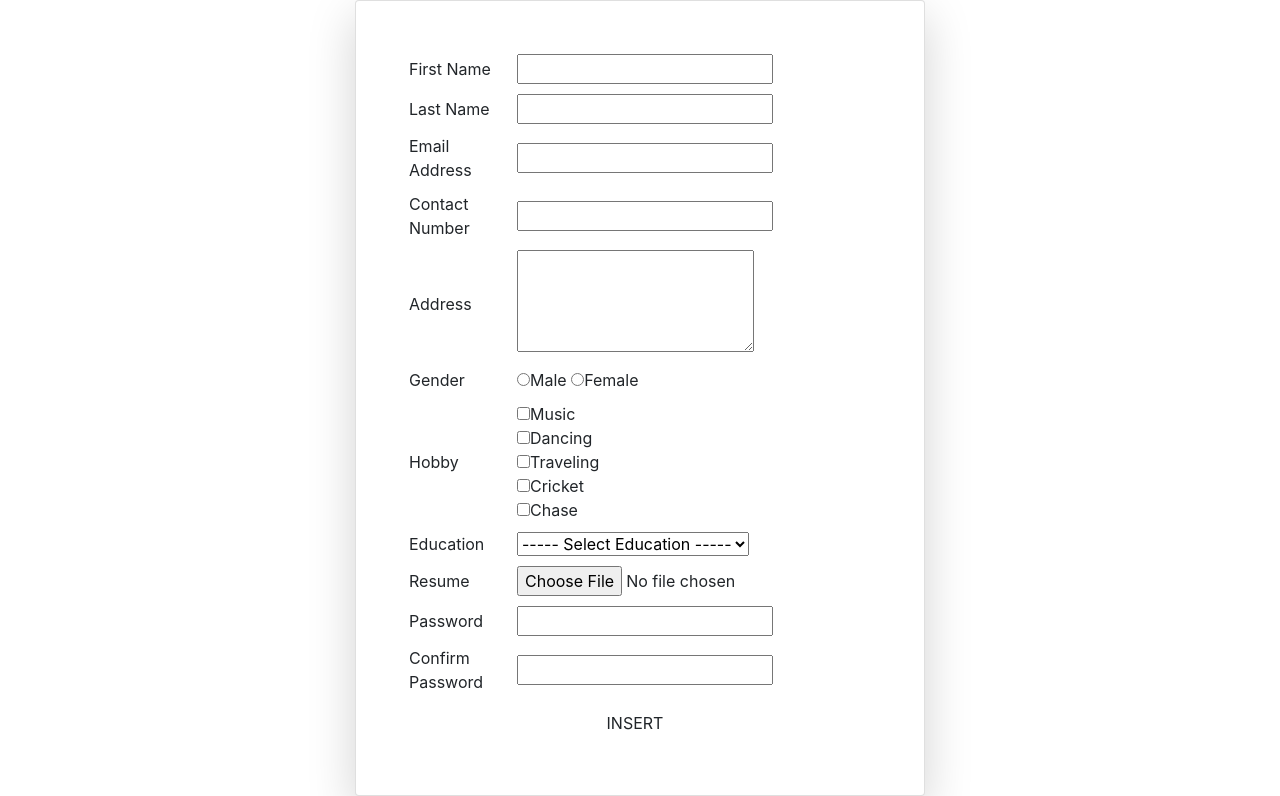
Repository: dhiren1618/OCT-JAVA-2023
Page: http://localhost/AdvancedJava/bootstrap.jsp
These files come from the project's save history. The page is drawn as it stood at one moment and after the next save; the edit follows.
The browser window is 1280 px wide. The pictures show the whole page.
The page is served by Tomcat 9.

Above is the page before, as saved 2024-06-15 10:52:26.

After the next save:
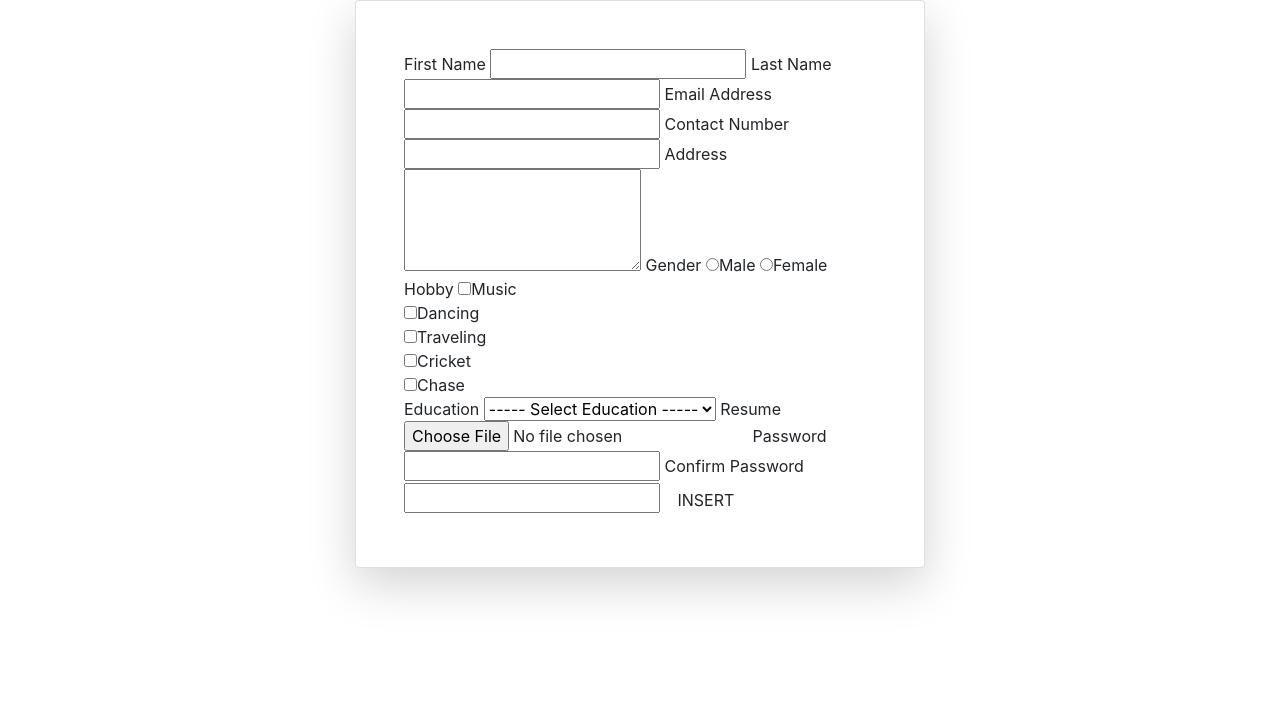
Saved 40 s later.
--- a/AdvancedJava/src/main/webapp/bootstrap.jsp
+++ b/AdvancedJava/src/main/webapp/bootstrap.jsp
@@ -20,13 +20,13 @@
 			<div class="col-md-6 m-auto card p-5  shadow-lg">
 	<form action="" method="post" name="insert">
 
-		<table cellspacing="5px" cellpadding="5px">
 
-			<tr>
-				<td>First Name</td>
-				<td><input id="fname" type="text" name="fname" onblur="validateFirstName();"></td>
-				<td><span id="error_fname" style="color: red;"></span></td>
-			</tr>
+
+
+				First Name
+				<input id="fname" type="text" name="fname" onblur="validateFirstName();">
+				<span id="error_fname" style="color: red;"></span>
+
 
 			<tr>
 				<td>Last Name</td>
